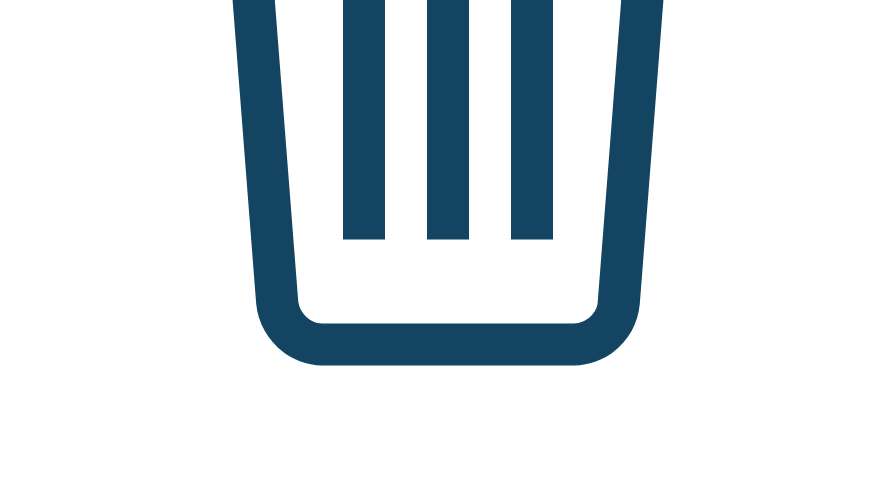
Repository: Henry-Loiola/agenda-contatos
Page: /
The author's editor kept a copy of each file at every save. The page is drawn from the files as they stood at one save, then again after a run of saves.
The browser window is 1280 px wide. The pictures show the part of the page from y = 4580 to 6500 px (the page is 5268 px tall before and 7856 px after), at 70% of full size.
The project was rebuilt for these pictures with package versions that can differ from the ones it lists, and the page was loaded fresh each time. Also part of the build but not shown: src/components/ModalAddEdit/styles.css.

Above is the page before, as saved 2024-07-25 21:11:53.

After the next 2 saves:
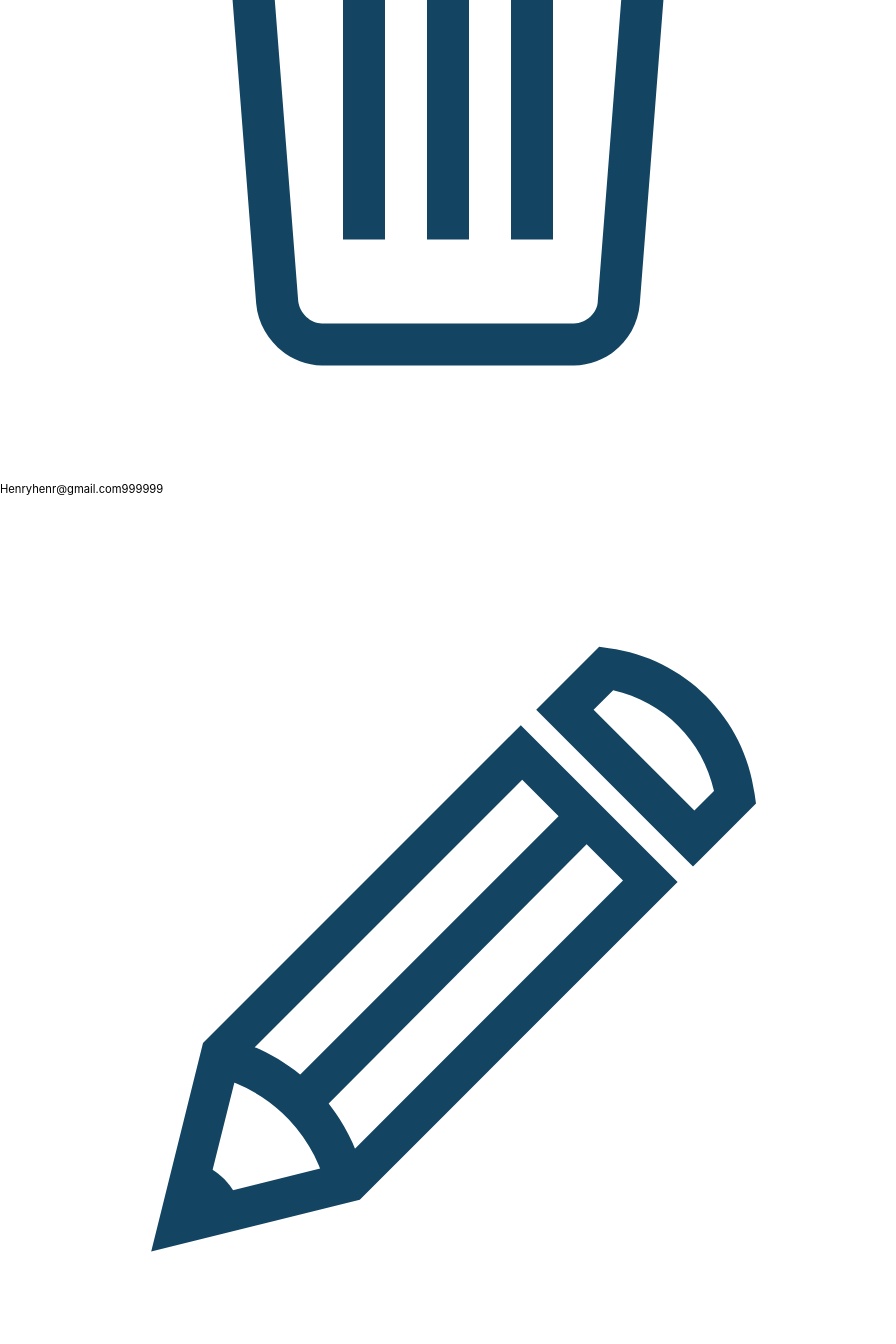
The 2 saves are shown as one change because 1 did not build or start.
The last was saved 66 s later.
--- a/src/components/Table/index.tsx
+++ b/src/components/Table/index.tsx
@@ -19,6 +19,12 @@ function Table() {
     nome: "Maxwell",
     email: "max@gmail.com",
     telefone: "6666666"
+  },
+  {
+    id: 2,
+    nome: "Henry",
+    email: "henr@gmail.com",
+    telefone: "999999"
   },
   {
     id: 2,
